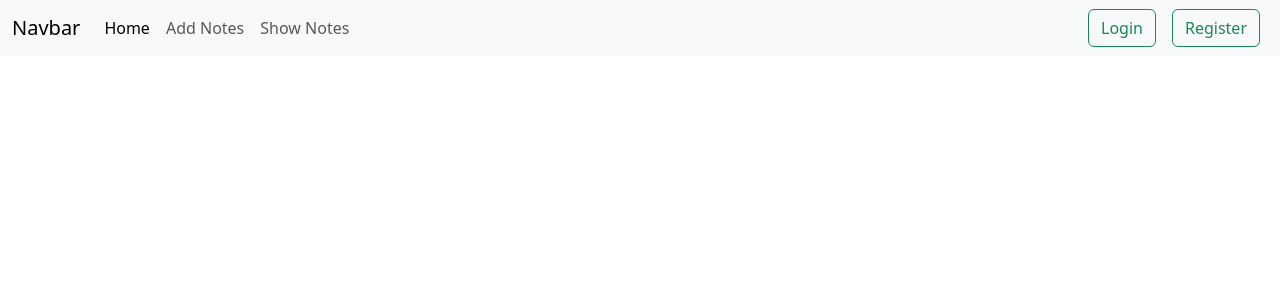
Repository: SandeepSharma2002/JavaProjects
Page: http://localhost/ENotes/
An editor plug-in stored every save of this project. The page is shown before and after the next save, followed by the edit.
The browser window is 1280 px wide. The pictures show the whole page.
The page is served by Tomcat 9.

Above is the page before, as saved 2023-10-23 19:42:57.

After the next save:
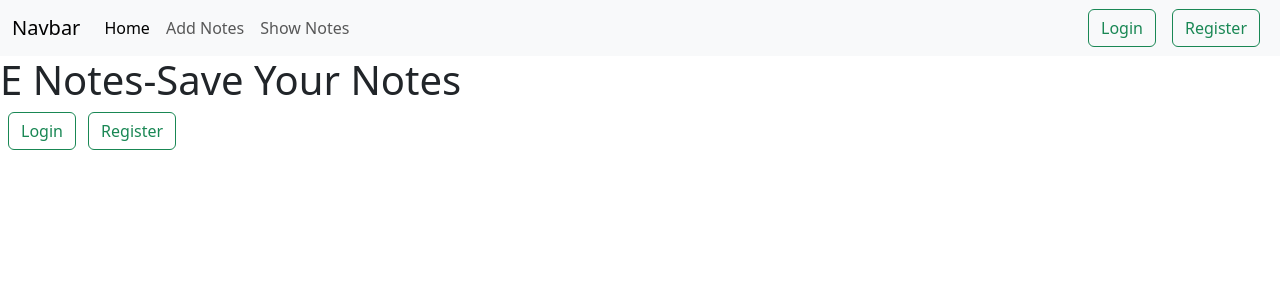
Saved 3 min 20 s later.
--- a/ENotes/src/main/webapp/index.jsp
+++ b/ENotes/src/main/webapp/index.jsp
@@ -6,11 +6,17 @@
 <meta charset="ISO-8859-1">
 <title>Home Page</title>
 
-<%@ include file = "Components/allcss.jsp" %>
+<%@ include file="Components/allcss.jsp"%>
 
 </head>
 <body>
 
-<%@include file="Components/Navbar.jsp" %>
+	<%@include file="Components/Navbar.jsp"%>
+	<h1>E Notes-Save Your Notes</h1>
+	<a class = "btn btn-outline-success my-2 my-sm-0 mx-sm-2" type = "submit">Login</a>
+	<a class = "btn btn-outline-success my-2 my-sm-0" type = "submit">Register</a>
+
+
+
 </body>
 </html>
